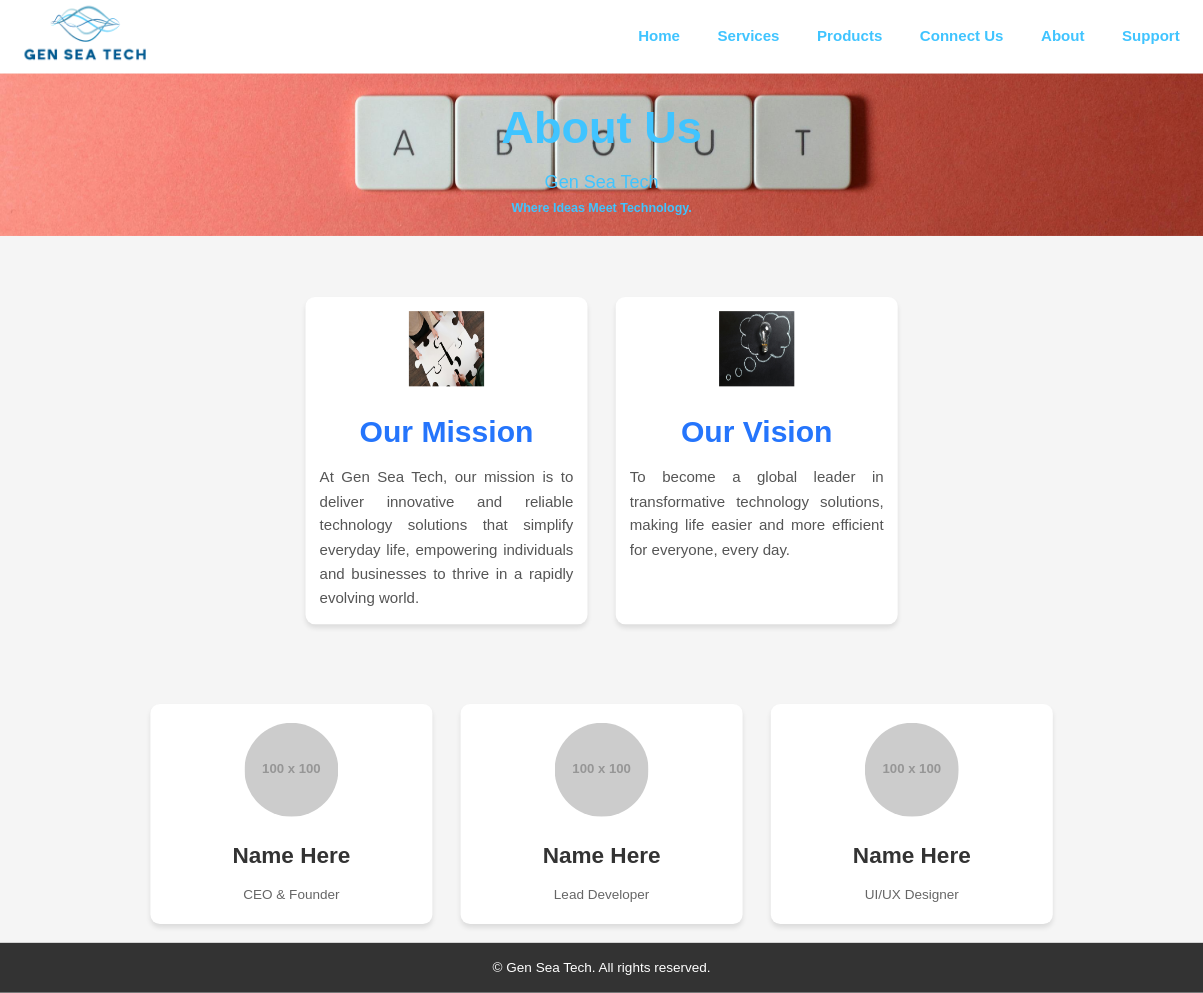
Repository: aniketkhatawkar/Gen_Sea_Tech
Page: http://localhost/GenSeaTech/about.jsp
An editor plug-in stored every save of this project. The page is shown before and after the next save, followed by the edit.
The browser window is 1280 px wide. The pictures show the whole page, at 94% of full size.
The page is served by Tomcat 10. Other server files are loaded and not shown.

Above is the page before, as saved 2024-12-14 12:02:36.

### GenSeaTech/src/main/webapp/about.jsp
<!DOCTYPE html>
<html lang="en">
<head>
<meta charset="UTF-8">
<meta name="viewport" content="width=device-width, initial-scale=1.0">
<title>About</title>
<link rel="icon" href="assets/logo.png" type="image/png" >
<style>
    * {
        margin: 0;
        padding: 0;
        box-sizing: border-box;
        font-family: 'Arial', sans-serif;
    }

    body {
        background-color: #f5f5f5;
        color: #333;
        overflow-x: hidden;
    }

    header {
	    background:  url("assets/about.jpg") no-repeat center center;
	    background-size: cover;
	    object-fit: cover;
		color: #40c4ff;
	    padding: 20px 10px;
	    text-align: center;
	}

    header h1 {
        font-size: 3rem;
        margin-bottom: 5px;
    }

    header p {
        font-size: 1.2rem;
    }

    .mission-vision-section {
        display: flex;
        flex-wrap: wrap;
        justify-content: center;
        gap: 30px;
        margin: 15px;
        padding: 50px;
    }

    .mission-vision-card {
        background: white;
        border-radius: 10px;
        box-shadow: 0 4px 6px rgba(0, 0, 0, 0.1);
        padding: 15px;
        text-align: center;
        width: 300px;
        transition: transform 0.3s ease, box-shadow 0.3s ease;
    }

    .mission-vision-card img {
        width: 80px;
        height: 80px;
        margin-bottom: 15px;
    }

    .mission-vision-card h2 {
        font-size: 2rem;
        color: #2575fc;
        margin-bottom: 10px;
    }

    .mission-vision-card p {
        font-size: 1rem;
        line-height: 1.6;
        color: #555;
        text-align: justify;
    }

    .about-section {
        display: flex;
        flex-wrap: wrap;
        justify-content: center;
        padding: 20px 10px;
        gap: 30px;
    }

    .about-card {
        background: white;
        border-radius: 10px;
        box-shadow: 0 4px 6px rgba(0, 0, 0, 0.1);
        padding: 20px;
        text-align: center;
        width: 300px;
        transition: transform 0.3s ease, box-shadow 0.3s ease;
    }

    .about-card:hover {
        transform: translateY(-10px);
        box-shadow: 0 8px 12px rgba(0, 0, 0, 0.2);
    }

    .about-card img {
        width: 100px;
        height: 100px;
        border-radius: 50%;
        margin-bottom: 15px;
    }

    .about-card h3 {
        margin-bottom: 10px;
        font-size: 1.5rem;
    }

    .about-card p {
        font-size: 0.9rem;
        color: #666;
    }

    @media (max-width: 768px) {
        header h1 {
            font-size: 2.5rem;
        }

        .mission-vision-card {
            width: 100%;
            max-width: 400px;
        }

        .about-card {
            width: 100%;
            max-width: 300px;
        }
    }
</style>
</head>
<body>
	<!-- NavBar -->
	<%@ include file="navbar.jsp" %>

    <header>
        <h1>About Us</h1>
        <p>Gen Sea Tech</p>
        <h5>Where Ideas Meet Technology.</h5>
    </header>

    <section class="mission-vision-section">
        <div class="mission-vision-card">
            <img src="assets/mission.jpg" alt="Mission Icon">
            <h2>Our Mission</h2>
            <p>At Gen Sea Tech, our mission is to deliver innovative and reliable technology solutions that simplify everyday life, empowering individuals and businesses to thrive in a rapidly evolving world.</p>
        </div>

        <div class="mission-vision-card">
            <img src="assets/vision.jpg" alt="Vision Icon">
            <h2>Our Vision</h2>
            <p>To become a global leader in transformative technology solutions, making life easier and more efficient for everyone, every day.</p>
        </div>
    </section>

    <section class="about-section" id="team">
        <div class="about-card">
            <img src="https://via.placeholder.com/100" alt="Team Member">
            <h3>Name Here</h3>
            <p>CEO & Founder</p>
        </div>

        <div class="about-card">
            <img src="https://via.placeholder.com/100" alt="Team Member">
            <h3>Name Here</h3>
            <p>Lead Developer</p>
        </div>

        <div class="about-card">
            <img src="https://via.placeholder.com/100" alt="Team Member">
            <h3>Name Here</h3>
            <p>UI/UX Designer</p>
        </div>
    </section>

	<!-- Footer -->
    <%@ include file="footer.jsp" %>
</body>
</html>

### GenSeaTech/src/main/webapp/navbar.jsp
<%@ page language="java" contentType="text/html; charset=UTF-8"
    pageEncoding="UTF-8"%>
<!DOCTYPE html>
<html>
<head>
<meta charset="UTF-8">
<title>Gen Sea Tech</title>
<link rel="icon" href="assets/logo.png" type="image/png" >
<style>
* {
	margin: 0;
	padding: 0;
	box-sizing: border-box;
	font-family: Arial, sans-serif;
}

body {
	line-height: 1.6;
}
.navbar {
	background-color: #ffffff;
	color: #fff;
	padding: 5px 5px;
	display: flex;
	justify-content: space-between;
	align-items: center;
	position: relative;
}

.navbar a {
	color: #40c4ff;
	text-decoration: none;
	margin: 0 20px;
	font-weight: bold;
}

.navbar a:hover {
	color: #757575;
}

.links {
	display: flex;
}
@media (max-width: 768px) {
	.links {
		display: none;
		flex-direction: column;
		background-color: #333;
		position: absolute;
		top: 50px;
		right: 10px;
		width: 200px;
		border-radius: 5px;
		box-shadow: 0px 4px 6px rgba(0, 0, 0, 0.1);
	}

	.links a {
		margin: 10px 0;
		text-align: center;
	}

	.hamburger {
		display: flex;
	}

	.links.active {
		display: flex;
	}
}
</style>
</head>
<body>
	<div class="navbar">
		<div class="logo">
        <a href="home.jsp"><img src="assets/namelogo.png" alt="Gen Sea Tech Logo" style="height: 60px; margin-right: 10px;"></a>
    	</div>
		<div class="links">
			<a href="home.jsp">Home</a>
			<a href="services.jsp">Services</a>
			<a href="products.jsp">Products</a>
			<a href="connectus.jsp">Connect Us</a>
			<a href="about.jsp">About</a>
			<a href="#support.jsp">Support</a>
		</div>
	</div>
</body>
</html>

### GenSeaTech/src/main/webapp/footer.jsp
<%@ page language="java" contentType="text/html; charset=UTF-8"
    pageEncoding="UTF-8"%>
<!DOCTYPE html>
<html>

<head>

<style>
	footer {
        background-color: #333;
        color: white;
        text-align: center;
        padding: 15px;
        margin-top: 0px;
    }

    footer p {
        font-size: 0.9rem;
    }
</style>

	<meta charset="UTF-8">
	<title>Footer</title>
</head>

<body>
	<footer>
        <p>&copy; Gen Sea Tech. All rights reserved.</p>
    </footer>
</body>

</html>

After the next save:
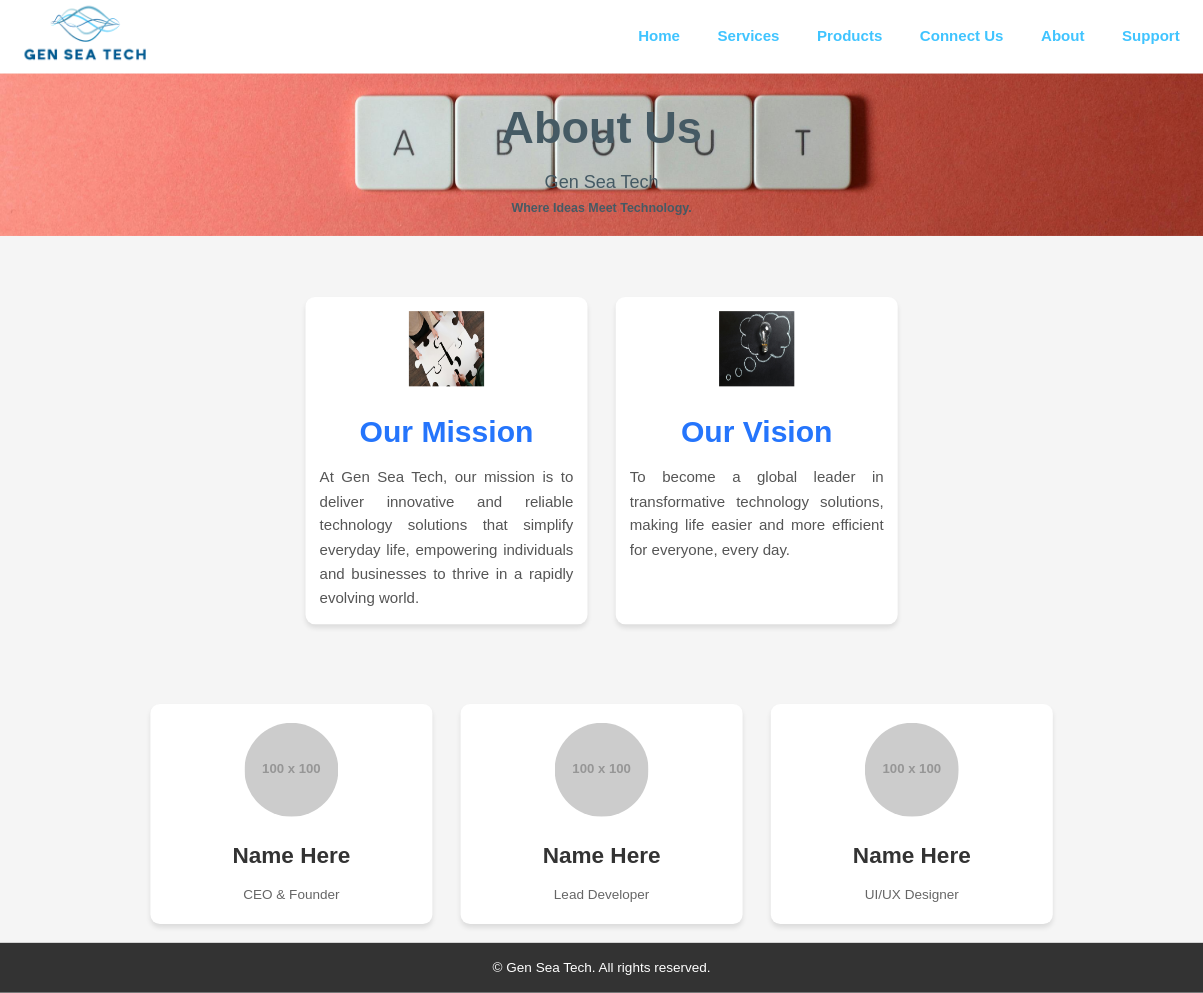
Saved 55 s later.
--- a/GenSeaTech/src/main/webapp/about.jsp
+++ b/GenSeaTech/src/main/webapp/about.jsp
@@ -23,7 +23,7 @@
 	    background:  url("assets/about.jpg") no-repeat center center;
 	    background-size: cover;
 	    object-fit: cover;
-		color: #40c4ff;
+		color: #455a64;
 	    padding: 20px 10px;
 	    text-align: center;
 	}
